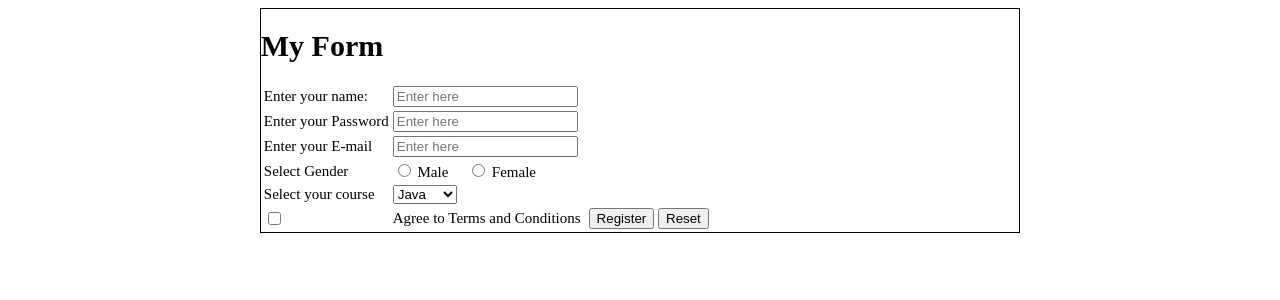
Repository: Amit7Akt/EJB
Page: FormSubmission/src/main/webapp/index.html
The author's editor kept a copy of each file at every save. The page is drawn from the files as they stood at one save, then again after the next save.
The browser window is 1280 px wide. The pictures show the whole page.

Above is the page before, as saved 2022-11-22 06:46:38.

After the next save:
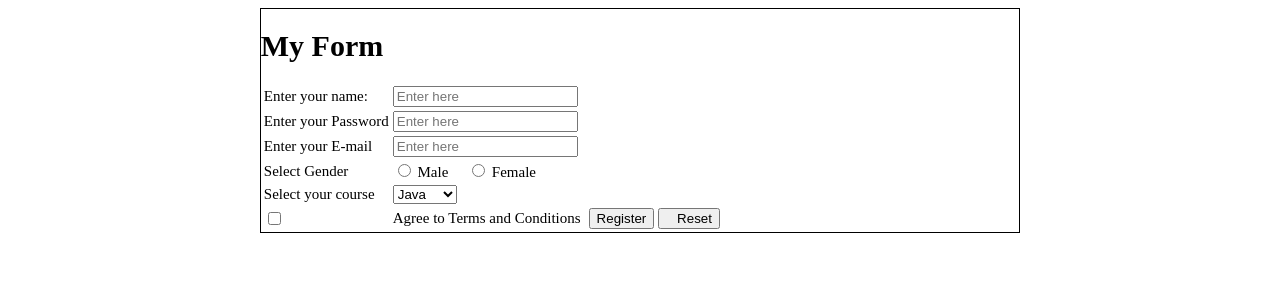
Saved 21 s later.
--- a/FormSubmission/src/main/webapp/index.html
+++ b/FormSubmission/src/main/webapp/index.html
@@ -66,7 +66,7 @@
 
 						<td>
 							<button type = "submit"> Register</button>
-							<button type = "reset"> Reset</button>
+							<button type = "reset"> &nbsp; &nbsp;Reset</button>
 						</td>
 
 
